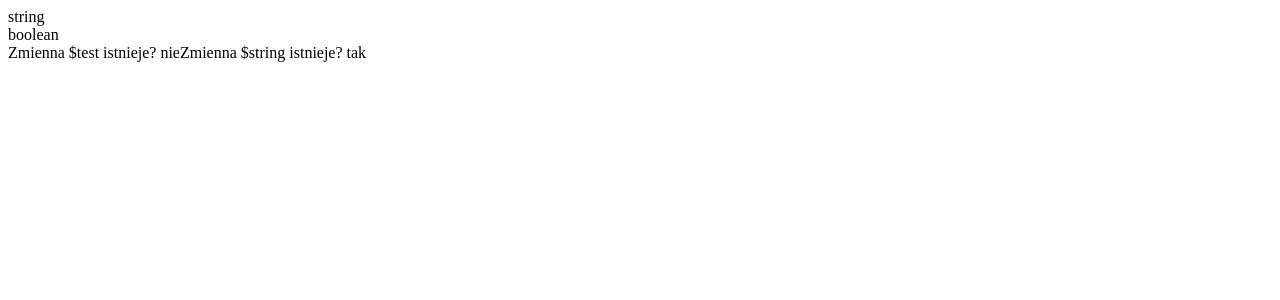
Repository: gabr/workspace
Page: http://localhost/
These files come from the project's save history. The page is drawn as it stood at one moment and after the next save; the edit follows.
The browser window is 1280 px wide. The pictures show the whole page.
The page is run by PHP 8.4 with error messages shown; the project is at /var/www/html/.

Above is the page before, as saved 2013-02-24 09:00:15.

### php 002 - sprawdzanie i ustawianie typow zmiennych/index.php
<?php

// string gettype(mixed zmienna);
// bool settype(mixed zmienna, string typ_zmiennej);

$string = "To jest napis.";
echo gettype($string)."<br>";
settype($string, "bool");
echo gettype($string)."<br>";

// testowanie typów:
// is_array()
// is_double(), is_float(), is_real()
// is_long(), is_int(), is_integer()
// is_string()
// is_bool()
// is_object()
// is_resource()
// is_null()
// is_scalar() <-- integer, boolean, string lub float
// is_numeric() <-- czy jest liczbą lub ciągiem znaków zawierającym same cyfry
// is_callable() <-- czy zmienna stanowi nazwę prawidłowej funkcji

echo 'Zmienna $test istnieje? '.(isset($test)? "tak" : "nie");
echo 'Zmienna $string istnieje? '.(isset($string)? "tak" : "nie");

?>

After the next save:
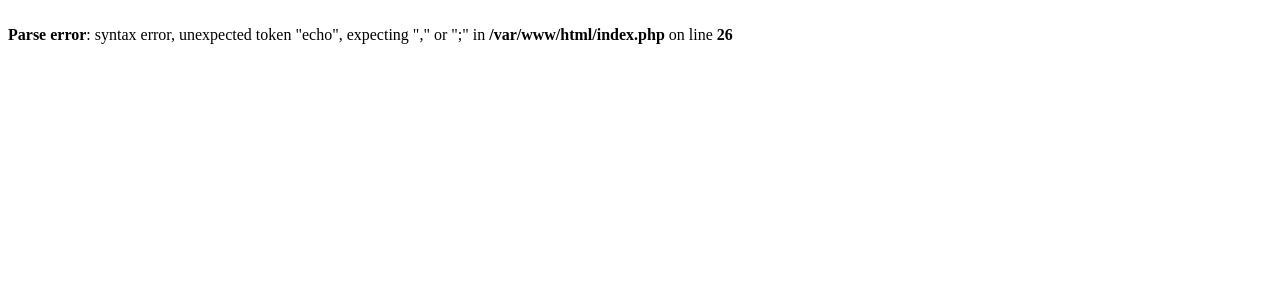
Saved 9 s later.
--- a/php 002 - sprawdzanie i ustawianie typow zmiennych/index.php
+++ b/php 002 - sprawdzanie i ustawianie typow zmiennych/index.php
@@ -22,6 +22,7 @@
 // is_callable() <-- czy zmienna stanowi nazwę prawidłowej funkcji
 
 echo 'Zmienna $test istnieje? '.(isset($test)? "tak" : "nie");
+echo "<br>"
 echo 'Zmienna $string istnieje? '.(isset($string)? "tak" : "nie");
 
 ?>

After the save that followed:
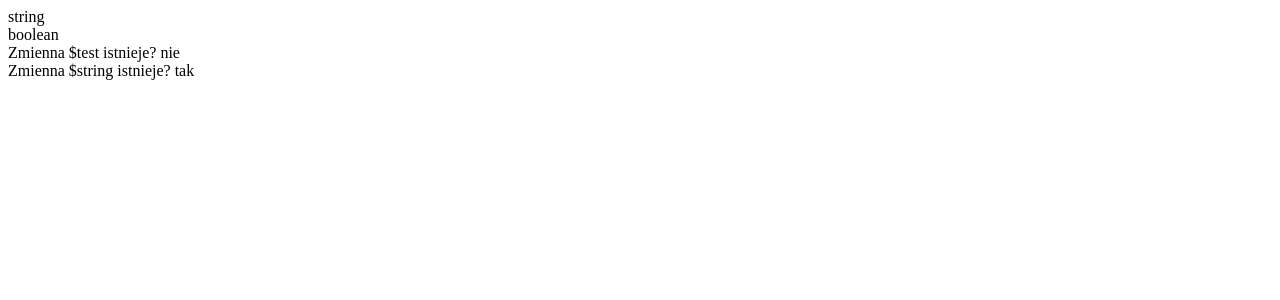
Saved 5 s later.
--- a/php 002 - sprawdzanie i ustawianie typow zmiennych/index.php
+++ b/php 002 - sprawdzanie i ustawianie typow zmiennych/index.php
@@ -22,7 +22,7 @@
 // is_callable() <-- czy zmienna stanowi nazwę prawidłowej funkcji
 
 echo 'Zmienna $test istnieje? '.(isset($test)? "tak" : "nie");
-echo "<br>"
+echo "<br>";
 echo 'Zmienna $string istnieje? '.(isset($string)? "tak" : "nie");
 
 ?>
